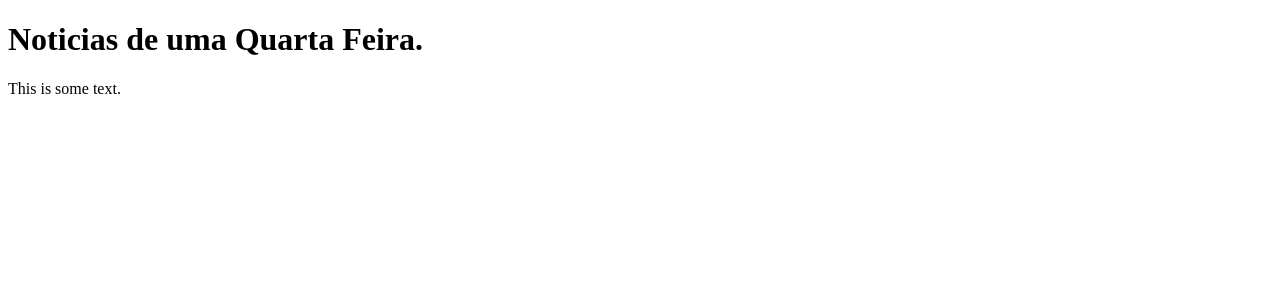
Repository: eupordias/frontarnia
Page: AULA 03/index.html
The author's editor kept a copy of each file at every save. The page is drawn from the files as they stood at one save, then again after the next save.
The browser window is 1280 px wide. The pictures show the whole page.

Above is the page before, as saved 2023-08-02 22:43:04.

### AULA 03/index.html
<!DOCTYPE html>
<html lang="en"></html>
<head>
    <meta charset="UTF-8">
    <title>Document</title>
</head>
<div class="container">
    <div class="row">
        <div class="col-md-12">
            <h1>Noticias de  uma Quarta Feira.</h1>
            <p>This is some text.</p>
        </div>
    </div>

After the next save:
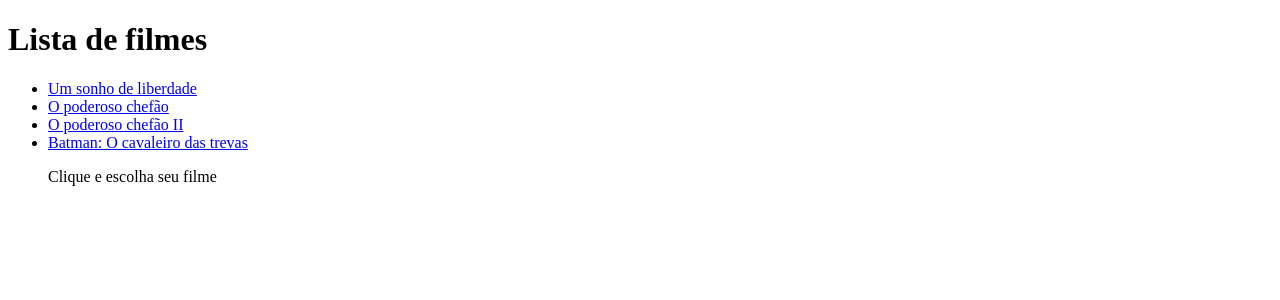
Saved 19 h 59 min later.
--- a/AULA 03/index.html
+++ b/AULA 03/index.html
@@ -1,5 +1,5 @@
 <!DOCTYPE html>
-<html lang="en"></html>
+<html lang="pt-br"></html>
 <head>
     <meta charset="UTF-8">
     <title>Document</title>
@@ -7,7 +7,16 @@
 <div class="container">
     <div class="row">
         <div class="col-md-12">
-            <h1>Noticias de  uma Quarta Feira.</h1>
-            <p>This is some text.</p>
+            <h1>Lista de filmes</h1>
+            <ul>
+                <li>
+
+
+                    <a href="pagina1.html">Um sonho de liberdade</a></li>
+                <li><a href="https://www.imdb.com/title/tt0068646/">O poderoso chefão</a></li>
+                <li><a href="https://www.imdb.com/title/tt0071562/">O poderoso chefão II</a></li>
+                <li><a href="https://www.imdb.com/title/tt0468569/">Batman: O cavaleiro das trevas</a></li>
+                <p>Clique e escolha seu filme</p>
+            </ul>
         </div>
     </div>
